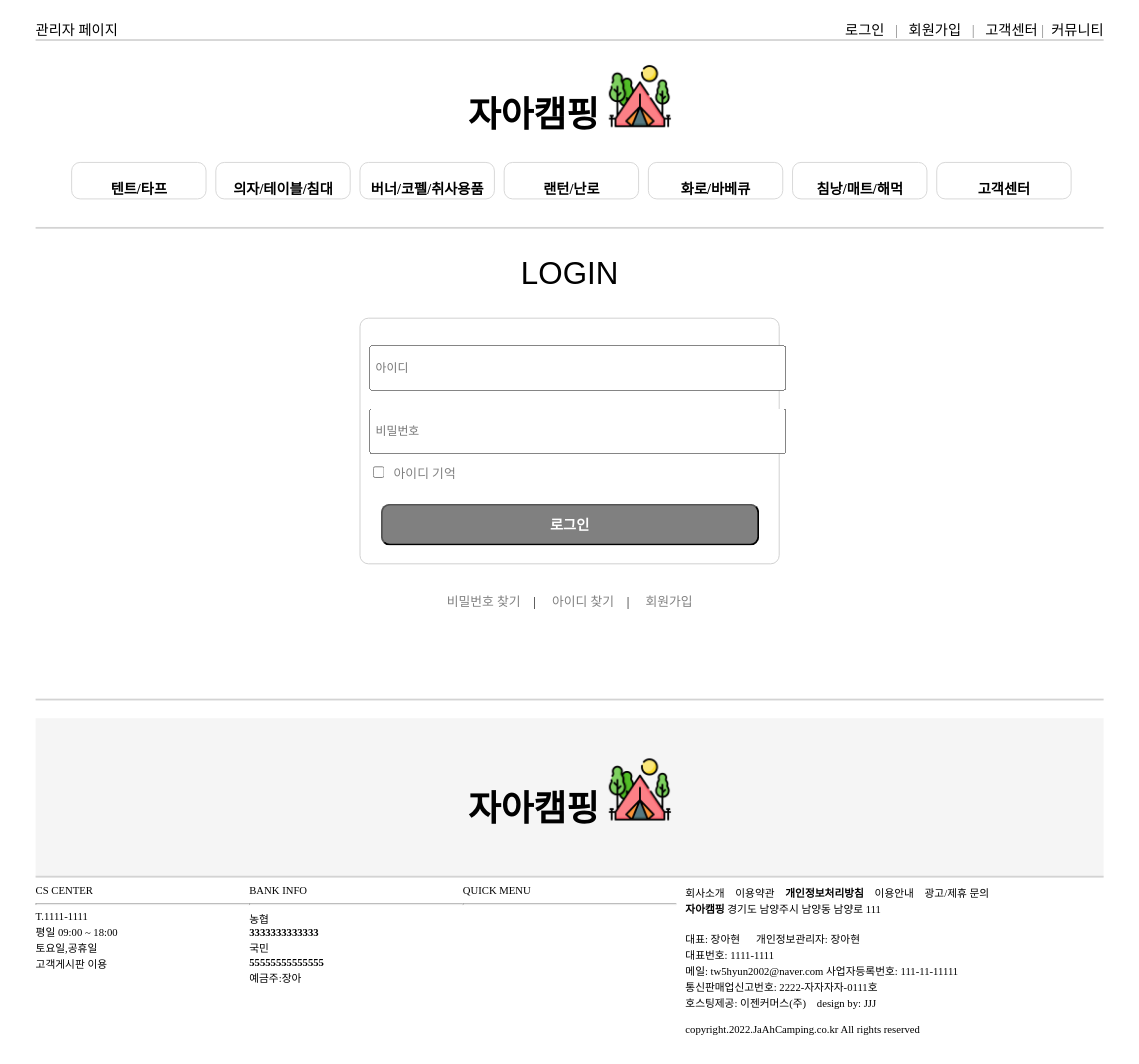
Repository: JJang-Ah/JSP-shoping-mall-project
Page: http://localhost/JaAhCamping/logon/memberLoginForm.jsp
The author's editor kept a copy of each file at every save. The page is drawn from the files as they stood at one save, then again after the next save.
The browser window is 1280 px wide. The pictures show the whole page, at 89% of full size.
Some web fonts or font styles are not loaded; a fallback is used. The page is served by Tomcat 9. Other server files are loaded and not shown.

Above is the page before, as saved 2022-06-12 14:48:22.

### JaAhCamping/WebContent/logon/memberLoginForm.jsp
<%@ page language="java" contentType="text/html; charset=UTF-8"
    pageEncoding="UTF-8"%>
<!DOCTYPE html>
<html>
<head>
<meta charset="UTF-8">
<title>로그인 폼</title>
<style>
@import url('https://fonts.googleapis.com/css2?family=Hammersmith+One&family=Paytone+One&display=swap');
#container { width: 1200px; margin: 0 auto;}
/* 상단 - 메인, 서브 타이틀 */
.t_title { font-family: 'Hammersmith One', sans-serif; font-size: 2.2em; text-align: center; margin: 30px 0;}

/* 중단 - 입력창 */
.f_input { width: 450px; text-align: center; border: 1px solid #ccc; padding: 10px; margin: 30px auto; border-radius: 10px;}
.f_input .c_id, .f_input .c_pwd { height: 45px; margin-top: 20px; padding-left: 5px;}
.f_input .f_chk { text-align: left; margin-top: 10px; font-size: 0.9em; color: gray;}
.f_input #btn_Login { width: 425px; height: 47px; margin-top: 25px; background: gray; color: white;
 font-size: 16px; font-weight: bold; cursor: pointer; margin-top: 25px; margin-bottom: 10px; border-radius: 10px;}

 /* 하단 - 비밀번호 찾기, 아이디 찾기, 회원가입 */
 .f_a { text-align: center; margin-top: 30px; font-size: 0.9em;}
 .f_a a {color: gray;}
 .t_line { border: 1px solid #e9ecef; margin: 20px 0;}


</style>

<script>
	document.addEventListener("DOMContentLoaded", function() {
		let form = document.loginForm;
		// 로그인 버튼을 클릭했을 때 유효성 검사 (공백 유무)
		let btn_Login = document.getElementById("btn_Login");
		btn_Login.addEventListener("click", function() {
			if(!form.id.value) {
				alert('아이디를 입력하시오.!');
				form.id.focus();
				return;
			}

			if(!form.pwd.value) {
				alert('비밀번호를 입력하시오.!');
				form.pwd.focus();
				return;
			}

			// 아이디 기억하기
			let now = new Date(); // 오늘 날짜
			let name = "cookieId"; // 쿠키 이름
			let value = form.id.value; // 쿠키 값

			if(form.chk.checked == true) { // 체크박스를 체크했을 때 -> 쿠키 생성
				// 만료시간: 지금으로부터 7일 후로 설정, 만료시간으로 사용
				now.setDate(now.getDate() + 7);
			} else { // 체크박스를 해제했을 때 -> 쿠키 삭제
				// 만료시간: 지금 시간으로 설정
				now.setDate(now.getDate() + 0);
			}

			// 쿠키 생성시에 필요한 정보 - 쿠키의 이름과 값, 위치, 만료시간
			// ;path=/;expires= : 현재 페이지의 위치
			document.cookie = name + "=" + escape(value) + ";path=/;expires=" +now.toGMTString() + ";";

			form.submit();
		})


		// 쿠키가 생성되어 있을 때 쿠키에 저장된 값인 아이디를 아이디 입력상자에 놓도록 하는 작업
		// 쿠키 확인 - 쿠키가 존재한다면
		if(document.cookie.length > 0) {
			var search = "cookieId=";
			var idx = document.cookie.indexOf(search); // 쿠키 중에서 cookieId=이 나오는 위치
			if(idx != -1) { // cookieId값이 존재한다면
				idx += search.length;
				var end = document.cookie.indexOf(';', idx);

				if(end == -1) {
					end = document.cookie.length;
				}

				form.id.value = document.cookie.substring(idx, end);
				form.chk.checked = true;
			}
		}
	})
</script>
</head>
<body>

<div id="container">
	<jsp:include page="../mall/shopTop.jsp"></jsp:include>
	<div class="t_title">LOGIN</div>

	<form action="memberLoginPro.jsp" method="post" name="loginForm">
		<div class="f_input">
			<div class="f_id"><input type="text" id="id" name="id" class="c_id" placeholder="아이디" size="55"></div>
			<div class="f_pwd"><input type="password" id="pwd" name="pwd" class="c_pwd" placeholder="비밀번호" size="55"></div>
			<div class="f_chk">
				<input type="checkbox" id="chk" class="c_chk" size="55" name="chk">&nbsp;
				<label for="chk">아이디 기억</label>
			</div>
			<div class="f_submit"><input type="button" value="로그인" id="btn_Login"></div>
		</div>
		<div class="f_a">
			<a href="#">비밀번호 찾기</a>&emsp;|&emsp;
			<a href="#">아이디 찾기</a>&emsp;|&emsp;
			<a href="../member/memberJoinForm.jsp">회원가입</a>
		</div>
	</form>
	<hr class="t_line">
	<jsp:include page="../mall/shopBottom.jsp"></jsp:include>
</div>

</body>
</html>

### JaAhCamping/WebContent/mall/shopTop.jsp
<%@ page language="java" contentType="text/html; charset=UTF-8"
    pageEncoding="UTF-8"%>
<!DOCTYPE html>
<html>
<head>
<meta charset="UTF-8">
<title>Insert title here</title>
<link href="https://fonts.googleapis.com/css2?family=Do+Hyeon&display=swap" rel="stylesheet">

<style>
#container { width: 1200px; margin: 20px auto;}
/* 상단 */
a { text-decoration: none; color: black;}
.t_box1 { text-align: right;}
.t_box1 #admin_page { display: inline-block; float: left;}
.t_box1 .user_menu { display: inline-block; float: right; color: gray;}
.h_line { clear: both; border: 1px solid lightgray; margin-top: 20px;}
.title { text-align: center; font-family: 'Do Hyeon', sans-serif; font-size: 40px;}
#camping { width: 70px; height: 70px;}
#title_sub_go { font-size: 0.8em;}

/* 메뉴 */
.m_menu { list-style: none; font-weight: bold; color: lightgray;}
.m_menu .m_m_list { display: inline-block; float: left; width: 150px; height: 40px;
margin-right: 10px; border: 1px solid lightgray; text-align: center; line-height: 60px; border-radius: 10px;}
.m_menu > .m_m_list { position: relative;}
.m_menu { color: black;}
.m_menu > .m_m_list:hover >.s_menu { display: block;}
.m_m_list > .s_menu { display: none; position: absolute; top: 61px; border: 1px solid lightgray; background: white; border-radius: 10px;}
.s_menu .s_m_list { text-align: left; width: 200px;}

.t_line { clear: both; border: 1px solid lightgray; margin-top: 100px;}
</style>
</head>
<body>
<%
request.setCharacterEncoding("utf-8");

String memberId = (String)session.getAttribute("memberId");


%>
<div id="container">

	<div class="t_box1"> <%--  --%>
		<div id="admin_page"><a href="http://localhost:8088/JaAhCamping/manager/managerMain.jsp">관리자 페이지</a></div>
		<div class="user_menu">
		<%if(memberId == null) {  %>
			<a href="http://localhost:8088/JaAhCamping/logon/memberLoginForm.jsp"><span>로그인</span></a>&ensp; |&ensp;
			<a href="http://localhost:8088/JaAhCamping/member/memberJoinForm.jsp"><span>회원가입</span></a>&ensp; |&ensp;
		<%} else { %>
			<a href="../member/memberInfoForm.jsp"><span><%=memberId %>님</span></a>&ensp; |&ensp;
			<a href="../logon/memberLogout.jsp"><span>로그아웃</span></a>&ensp; |&ensp;
			<a href="cart/cartList.jsp"><span>장바구니</span></a>&ensp; |&ensp;
		<%} %>
		<a href="#">고객센터</a>&nbsp;|&nbsp;
		<a href="#">커뮤니티</a>
		</div>
	</div>
	<hr class="h_line">

	<%-- 상단 제목 --%>
	<h1 class="title"><a href="http://localhost:8088/JaAhCamping/mall/shopAll.jsp">자아캠핑&nbsp;<img alt="camping" src="/JaAhCamping/icons/camping.png" id="camping"></a></h1>

	<nav class="menu">
		<ul class="m_menu">
			<li class="m_m_list"><a href="#">텐트/타프</a>
				<div class="s_menu">
					<ul>
						<li class="s_m_list"><a href="#">텐트</a></li>
						<li class="s_m_list"><a href="#">텐트관련품</a></li>
						<li class="s_m_list"><a href="#">타프</a></li>
						<li class="s_m_list"><a href="#">폴대/펙/스트링/스토퍼</a></li>
						<li class="s_m_list"><a href="#">공구</a></li>
						<li class="s_m_list"><a href="#">기타(텐트/타프)</a></li>
					</ul>
				</div>
			</li>
			<li class="m_m_list"><a href="#">의자/테이블/침대</a>
				<div class="s_menu">
					<ul>
						<li class="s_m_list"><a href="#">의자</a></li>
						<li class="s_m_list"><a href="#">테이블</a></li>
						<li class="s_m_list"><a href="#">선반/수납가구</a></li>
						<li class="s_m_list"><a href="#">야전침대</a></li>
						<li class="s_m_list"><a href="#">퍼니쳐</a></li>
						<li class="s_m_list"><a href="#">기타(의자/테이블/침대)</a></li>
					</ul>
				</div>
			</li>
			<li class="m_m_list"><a href="#">버너/코펠/취사용품</a>
				<div class="s_menu">
					<ul>
						<li class="s_m_list"><a href="#">버너</a></li>
						<li class="s_m_list"><a href="#">코펠</a></li>
						<li class="s_m_list"><a href="#">취사용품</a></li>
						<li class="s_m_list"><a href="#">식기류</a></li>
						<li class="s_m_list"><a href="#">기타(버터/코펠/취사용품)</a></li>
					</ul>
				</div>
			</li>
			<li class="m_m_list"><a href="#">랜턴/난로</a>
				<div class="s_menu">
					<ul>
						<li class="s_m_list"><a href="#">랜턴</a></li>
						<li class="s_m_list"><a href="#">후레쉬</a></li>
						<li class="s_m_list"><a href="#">난로</a></li>
						<li class="s_m_list"><a href="#">액세서리</a></li>
						<li class="s_m_list"><a href="#">기타(랜턴/난로)</a></li>
					</ul>
				</div>
			</li>
			<li class="m_m_list"><a href="#">화로/바베큐</a>
				<div class="s_menu">
					<ul>
						<li class="s_m_list"><a href="#">화로대</a></li>
						<li class="s_m_list"><a href="#">바베큐 그릴</a></li>
						<li class="s_m_list"><a href="#">토치</a></li>
						<li class="s_m_list"><a href="#">바베큐 소품</a></li>
						<li class="s_m_list"><a href="#">기타(화로/바베큐)</a></li>
					</ul>
				</div>
			</li>
			<li class="m_m_list"><a href="#">침낭/매트/해먹</a>
				<div class="s_menu">
					<ul>
						<li class="s_m_list"><a href="#">침낭</a></li>
						<li class="s_m_list"><a href="#">베개/쿠션/방석</a></li>
						<li class="s_m_list"><a href="#">매트</a></li>
						<li class="s_m_list"><a href="#">해먹</a></li>
						<li class="s_m_list"><a href="#">기타(침낭/매트/해먹)</a></li>
					</ul>
				</div>
			</li>
			<li class="m_m_list"><a href="#">고객센터</a>
			</li>
		</ul>
	</nav>
	<hr class="t_line">
</div>

</body>
</html>

Loaded but not shown: JaAhCamping/WebContent/mall/shopBottom.jsp (common file)

After the next save:
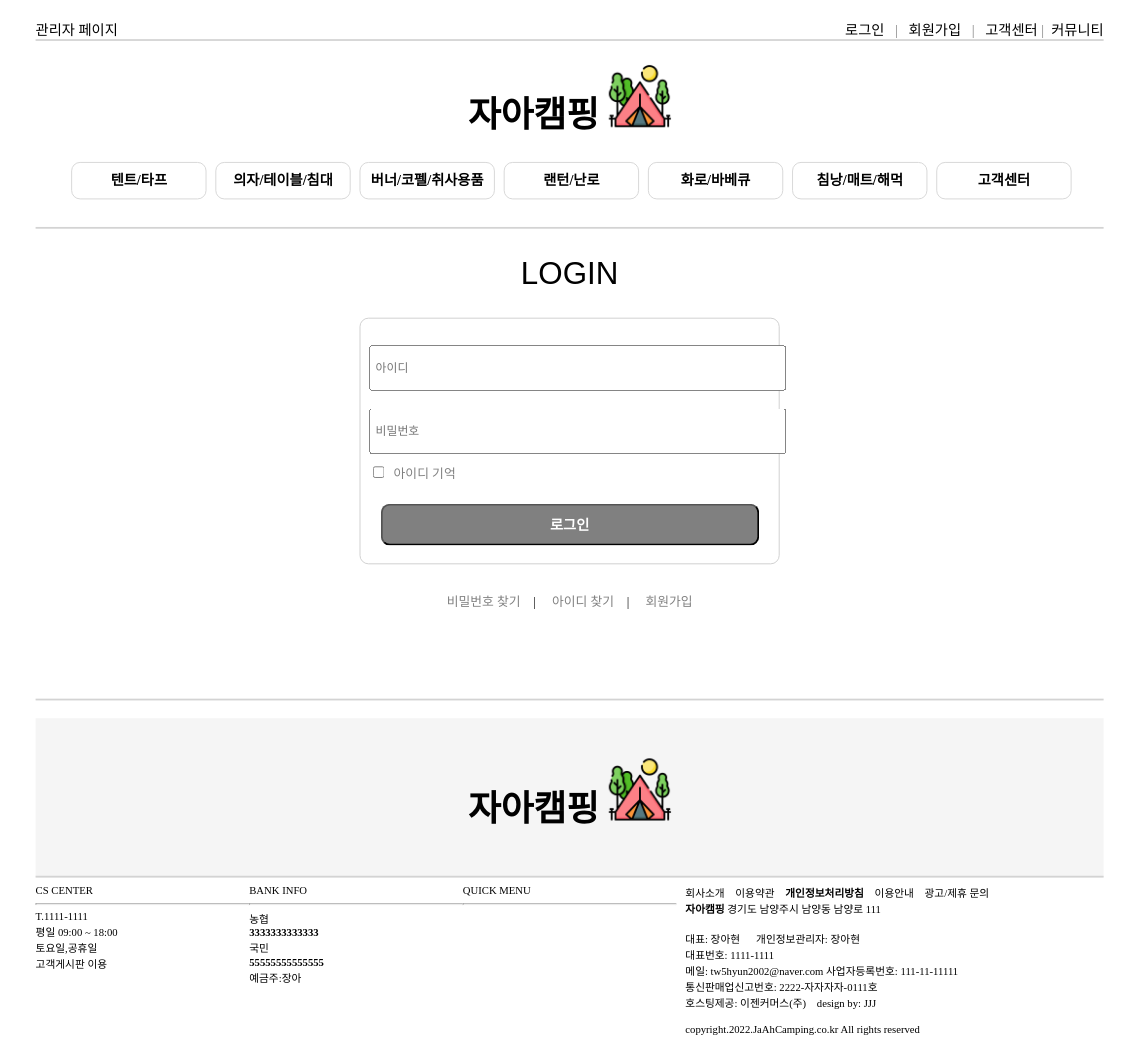
Saved 16 s later.
--- a/JaAhCamping/WebContent/mall/shopTop.jsp
+++ b/JaAhCamping/WebContent/mall/shopTop.jsp
@@ -22,7 +22,7 @@ a { text-decoration: none; color: black;}
 /* 메뉴 */
 .m_menu { list-style: none; font-weight: bold; color: lightgray;}
 .m_menu .m_m_list { display: inline-block; float: left; width: 150px; height: 40px;
-margin-right: 10px; border: 1px solid lightgray; text-align: center; line-height: 60px; border-radius: 10px;}
+margin-right: 10px; border: 1px solid lightgray; text-align: center; line-height: 40px; border-radius: 10px;}
 .m_menu > .m_m_list { position: relative;}
 .m_menu { color: black;}
 .m_menu > .m_m_list:hover >.s_menu { display: block;}
